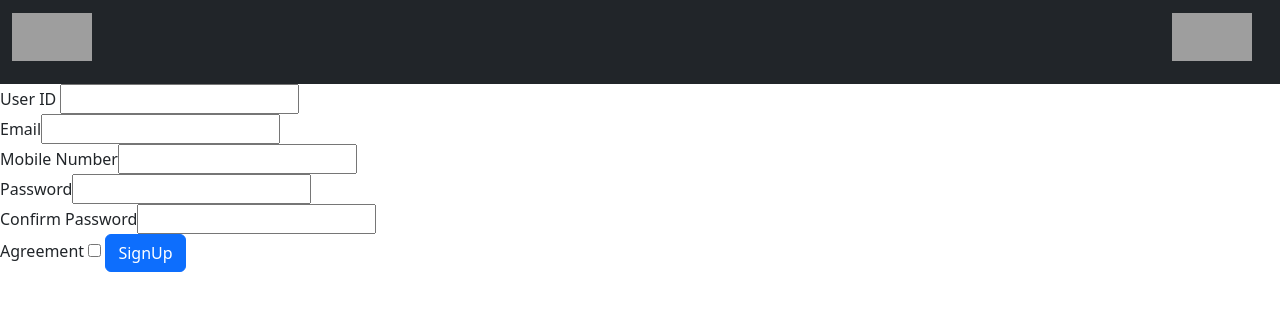
Repository: Rudreshwarhiremath/Projects-cm
Page: http://localhost/xworkz-rudra-cm/signUp.jsp
These files come from the project's save history. The page is drawn as it stood at one moment and after the next save; the edit follows.
The browser window is 1280 px wide. The pictures show the whole page.
Pictures or frames that could not be fetched are drawn as grey boxes. The page is served by Tomcat 9. Other server files are loaded and not shown.

Above is the page before, as saved 2023-03-28 09:54:42.

### xworkz-rudra-cm/src/main/webapp/signUp.jsp
<%@ page language="java" contentType="text/html; charset=ISO-8859-1"
	pageEncoding="ISO-8859-1"%>
<%@ taglib uri="http://java.sun.com/jsp/jstl/core" prefix="c"%>
<!DOCTYPE html>
<html>
<head>
<meta charset="ISO-8859-1">
<title>X-Workz</title>
<link
	href="https://cdn.jsdelivr.net/npm/bootstrap@5.3.0-alpha1/dist/css/bootstrap.min.css"
	rel="stylesheet"
	integrity="sha384-GLhlTQ8iRABdZLl6O3oVMWSktQOp6b7In1Zl3/Jr59b6EGGoI1aFkw7cmDA6j6gD"
	crossorigin="anonymous">
<script
	src="https://cdn.jsdelivr.net/npm/bootstrap@5.3.0-alpha1/dist/js/bootstrap.bundle.min.js"
	integrity="sha384-w76AqPfDkMBDXo30jS1Sgez6pr3x5MlQ1ZAGC+nuZB+EYdgRZgiwxhTBTkF7CXvN"
	crossorigin="anonymous"></script>
</head>
<body>
	<nav class="navbar navbar-expand-lg-navbar-Light bg-dark">
		<div class="container-fluid">
			<a class="navbar-brand" href="#"> <img
				src=" https://x-workz.in/static/media/Logo.cf195593dc1b3f921369.png"
				alt="" width="80" height="48" class="d-inline-block align text-top">
				<a class="navbar-brand" href="#"> <img
				src=" https://x-workz.in/static/media/Logo.cf195593dc1b3f921369.png"
				alt="" width="80" height="48" class="d-inline-block align text-top">
		</div>
	</nav>

	<form action="save" method="get">
User ID	<input type="text" name="userId"> <br>
Email<input type="email" name="email"> <br>
Mobile Number<input type="number" name="mobile"> <br>
Password<input type="password" name="password"> <br>
Confirm Password<input type="password" name="confirmPassword"> <br>
Agreement <input type="checkbox" name="agreement">
<button type="submit" class="btn btn-primary">SignUp</button>

	</form>
</body>
</html>

After the next save:
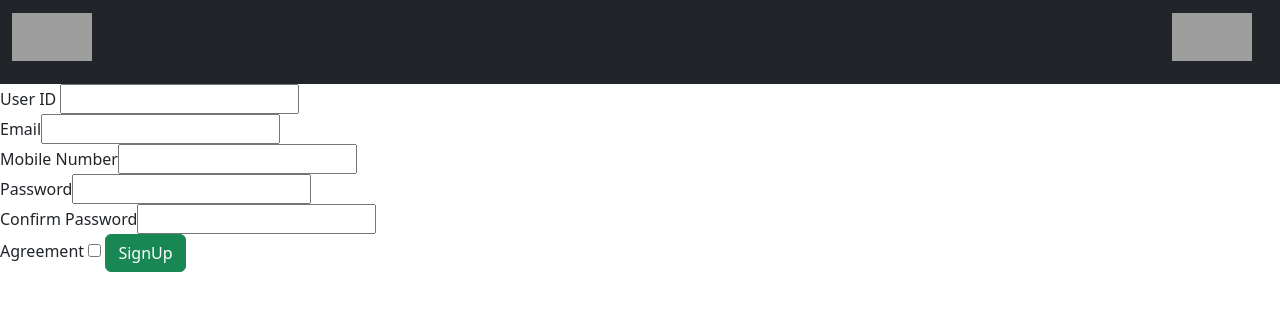
Saved 8 min 18 s later.
--- a/xworkz-rudra-cm/src/main/webapp/signUp.jsp
+++ b/xworkz-rudra-cm/src/main/webapp/signUp.jsp
@@ -35,7 +35,7 @@ Mobile Number<input type="number" name="mobile"> <br>
 Password<input type="password" name="password"> <br>
 Confirm Password<input type="password" name="confirmPassword"> <br>
 Agreement <input type="checkbox" name="agreement">
-<button type="submit" class="btn btn-primary">SignUp</button>
+<button type="submit" class="btn btn-success">SignUp</button>
 
 	</form>
 </body>
